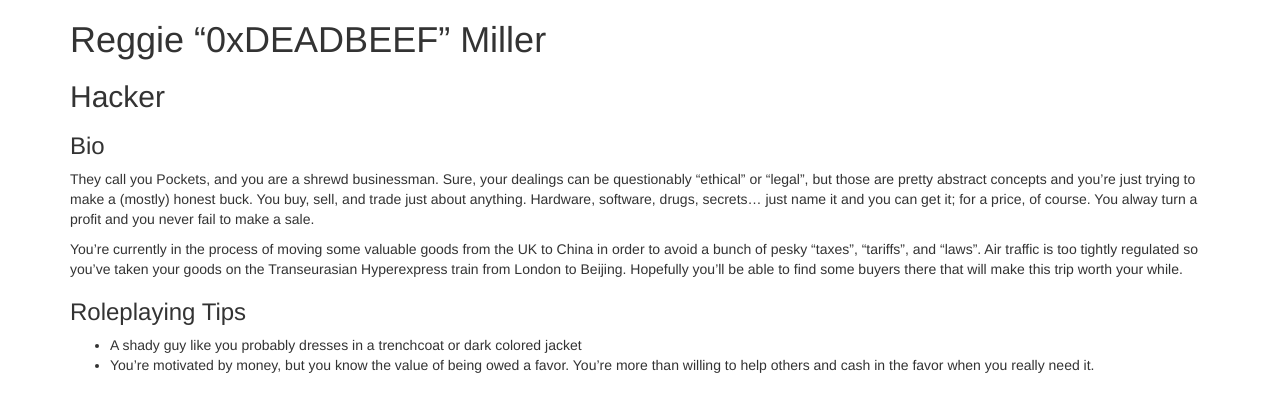
Repository: adleong/train-mystery
Page: hacker/index.html
The author's editor kept a record of every edit. The page is drawn from the files as they stood at one moment, then again after the next edit.
The browser window is 1280 px wide. The pictures show the whole page.

Above is the page before.

### hacker/index.html
<!DOCTYPE html>
<!-- /hacker/ -->
<html lang="en">
  <head>
    <meta charset="utf-8">
    <meta http-equiv="X-UA-Compatible" content="IE=edge">
    <meta name="viewport" content="width=device-width, initial-scale=1">
    <!-- The above 3 meta tags *must* come first in the head; any other head content must come *after* these tags -->
    <title>Intro</title>

    <!-- Bootstrap -->
    <link href="../css/bootstrap.min.css" rel="stylesheet">

    <!-- Latest compiled and minified JavaScript -->
    <script src="../js/jquery-2.1.4.min.js"></script>
    <script src="../js/bootstrap.min.js"></script>

    <!-- HTML5 shim and Respond.js for IE8 support of HTML5 elements and media queries -->
    <!-- WARNING: Respond.js doesn't work if you view the page via file:// -->
    <!--[if lt IE 9]>
      <script src="https://oss.maxcdn.com/html5shiv/3.7.2/html5shiv.min.js"></script>
      <script src="https://oss.maxcdn.com/respond/1.4.2/respond.min.js"></script>
    <![endif]-->

    <div class="container">
    <h1>Reggie “0xDEADBEEF” Miller</h1>
<h2>Hacker</h2>
<h3>Bio</h3>
<p>
They call you Pockets, and you are a shrewd businessman.  Sure, your dealings can be questionably “ethical” or “legal”, but those are pretty abstract concepts and you’re just trying to make a (mostly) honest buck.  You buy, sell, and trade just about anything.  Hardware, software, drugs, secrets… just name it and you can get it; for a price, of course.  You alway turn a profit and you never fail to make a sale.
</p>
<p>
You’re currently in the process of moving some valuable goods from the UK to China in order to avoid a bunch of pesky “taxes”, “tariffs”, and “laws”.  Air traffic is too tightly regulated so you’ve taken your goods on the Transeurasian Hyperexpress train from London to Beijing.  Hopefully you’ll be able to find some buyers there that will make this trip worth your while.

</p>

<h3>Roleplaying Tips</h3>

<ul>
    <li>A shady guy like you probably dresses in a trenchcoat or dark colored jacket
</li>
<li>You’re motivated by money, but you know the value of being owed a favor.  You’re more than willing to help others and cash in the favor when you really need it.
</li>
</ul>


</div>
 </head>
</html>

Loaded but not shown: css/bootstrap.min.css (library); js/jquery-2.1.4.min.js (library); js/bootstrap.min.js (library)

After the next edit:
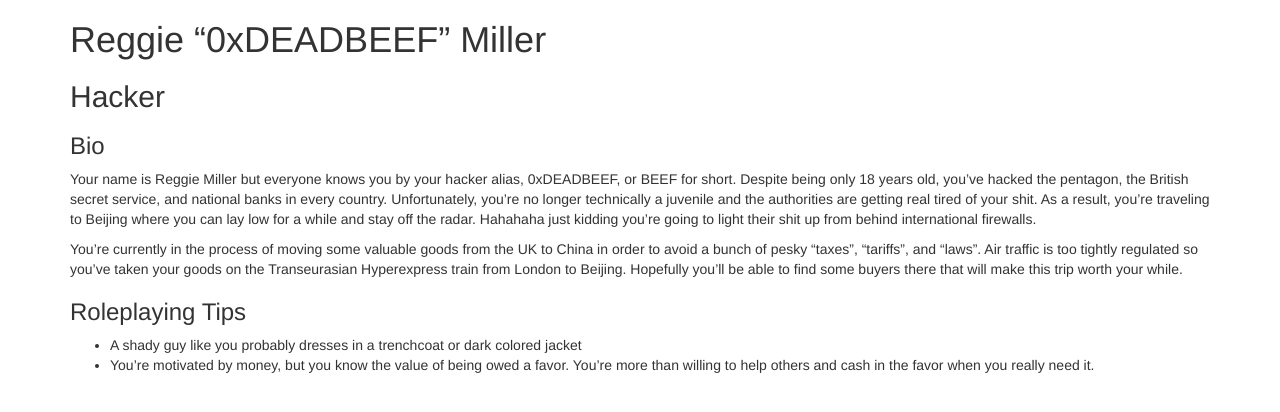
The edit:
--- a/hacker/index.html
+++ b/hacker/index.html
@@ -27,7 +27,7 @@
 <h2>Hacker</h2>
 <h3>Bio</h3>
 <p>
-They call you Pockets, and you are a shrewd businessman.  Sure, your dealings can be questionably “ethical” or “legal”, but those are pretty abstract concepts and you’re just trying to make a (mostly) honest buck.  You buy, sell, and trade just about anything.  Hardware, software, drugs, secrets… just name it and you can get it; for a price, of course.  You alway turn a profit and you never fail to make a sale.
+Your name is Reggie Miller but everyone knows you by your hacker alias, 0xDEADBEEF, or BEEF for short.  Despite being only 18 years old, you’ve hacked the pentagon, the British secret service, and national banks in every country.  Unfortunately, you’re no longer technically a juvenile and the authorities are getting real tired of your shit.  As a result, you’re traveling to Beijing where you can lay low for a while and stay off the radar.  Hahahaha just kidding you’re going to light their shit up from behind international firewalls.
 </p>
 <p>
 You’re currently in the process of moving some valuable goods from the UK to China in order to avoid a bunch of pesky “taxes”, “tariffs”, and “laws”.  Air traffic is too tightly regulated so you’ve taken your goods on the Transeurasian Hyperexpress train from London to Beijing.  Hopefully you’ll be able to find some buyers there that will make this trip worth your while.
